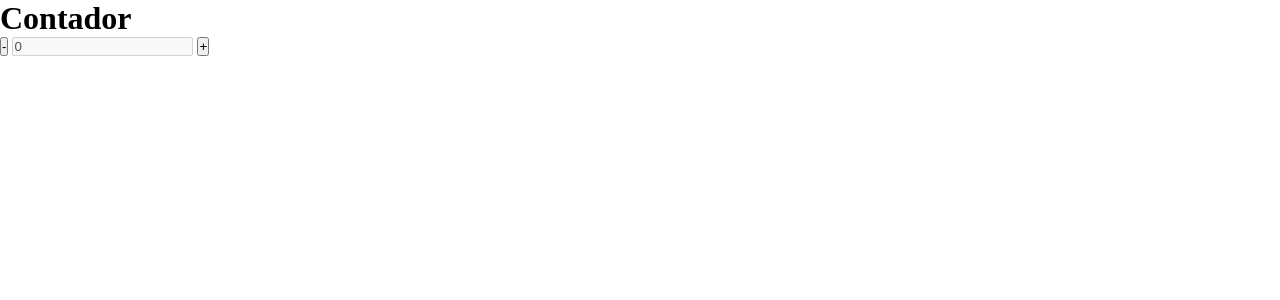
Repository: r-urchi/vue-coderhouse
Page: index.html
The author's editor kept a copy of each file at every save. The page is drawn from the files as they stood at one save, then again after the next save.
The browser window is 1280 px wide. The pictures show the whole page.
The style sheet was rebuilt from its Sass, Less or Tailwind sources for each picture, by a compiler version that may differ from the author's.

Above is the page before, as saved 2021-11-13 10:52:28.

### index.html
<!DOCTYPE html>
<html lang="en">
<head>
    <meta charset="UTF-8">
    <meta http-equiv="X-UA-Compatible" content="IE=edge">
    <meta name="viewport" content="width=device-width, initial-scale=1.0">
    <link rel="stylesheet" href="css/main.css">
    <script src="https://cdn.jsdelivr.net/npm/vue@2.6.14/dist/vue.js"></script>
    <script defer src="js/app.js"></script>
    <title>Clase 2</title>
</head>
<body>

    <div id="app">

        <h1>Contador</h1>
        <div class="counter__container">
            <button v-on:click=subtract() class="counter__btn">-</button>
            <input type="number" v-bind:value="counterValue" class="counter__value" disabled/>
            <button v-on:click=add() class="counter__btn">+</button>
        </div>

    </div>

</body>
</html>

### js/app.js
var app = new Vue({
    el: '#app',
    data: {
      counter: 0,
    },
    methods: {
        add(){
            this.counter++;
        },
        subtract(){
            this.counter === 0 ? this.counter = 0 : this.counter--;
        },
    },
    computed: {
        counterValue(){
            return this.counter
        },
    },
});

### css/main.sass
@import _basic

@import _counter

### css/_basic.sass
*
    margin: 0
    padding: 0
    box-sizing: border-box

Loaded but not shown: css/_counter.sass (no stored copy; drawn as an empty file)

After the next save:
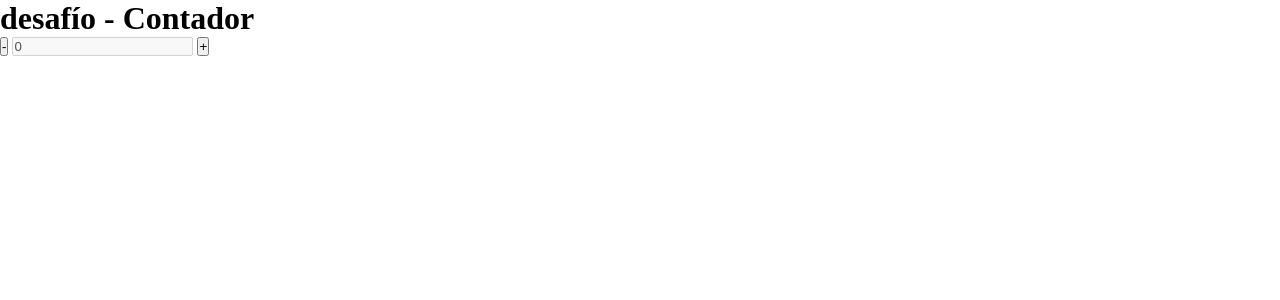
Saved 13 s later.
--- a/index.html
+++ b/index.html
@@ -13,7 +13,7 @@
 
     <div id="app">
 
-        <h1>Contador</h1>
+        <h1>desafío - Contador</h1>
         <div class="counter__container">
             <button v-on:click=subtract() class="counter__btn">-</button>
             <input type="number" v-bind:value="counterValue" class="counter__value" disabled/>
